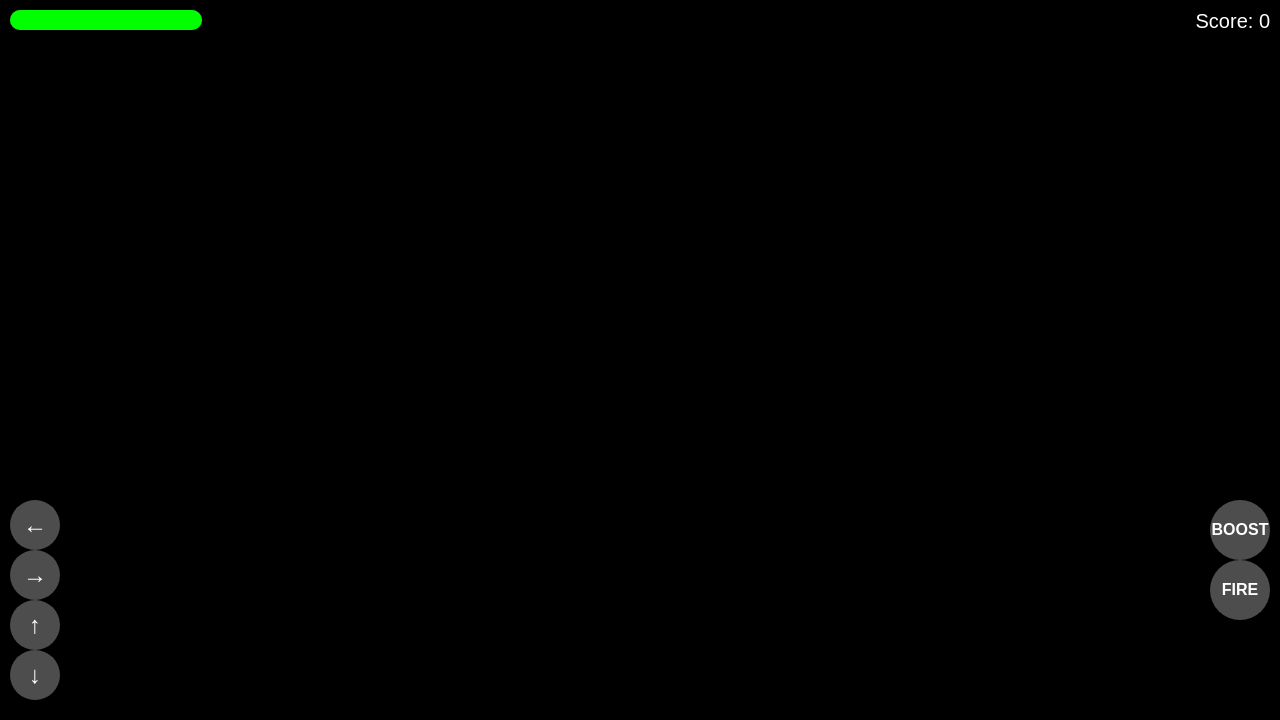
Repository: BiranOrundas/space-shooter
Page: space-shooter.html
An editor plug-in stored every save of this project. The page is shown before and after the next save, followed by the edit.
The browser window is 1280 px wide. The pictures show the whole page.

Above is the page before, as saved 2025-03-13 15:31:20.
Console error: TypeError: Cannot read properties of null (reading 'addEventListener')

After the next save:
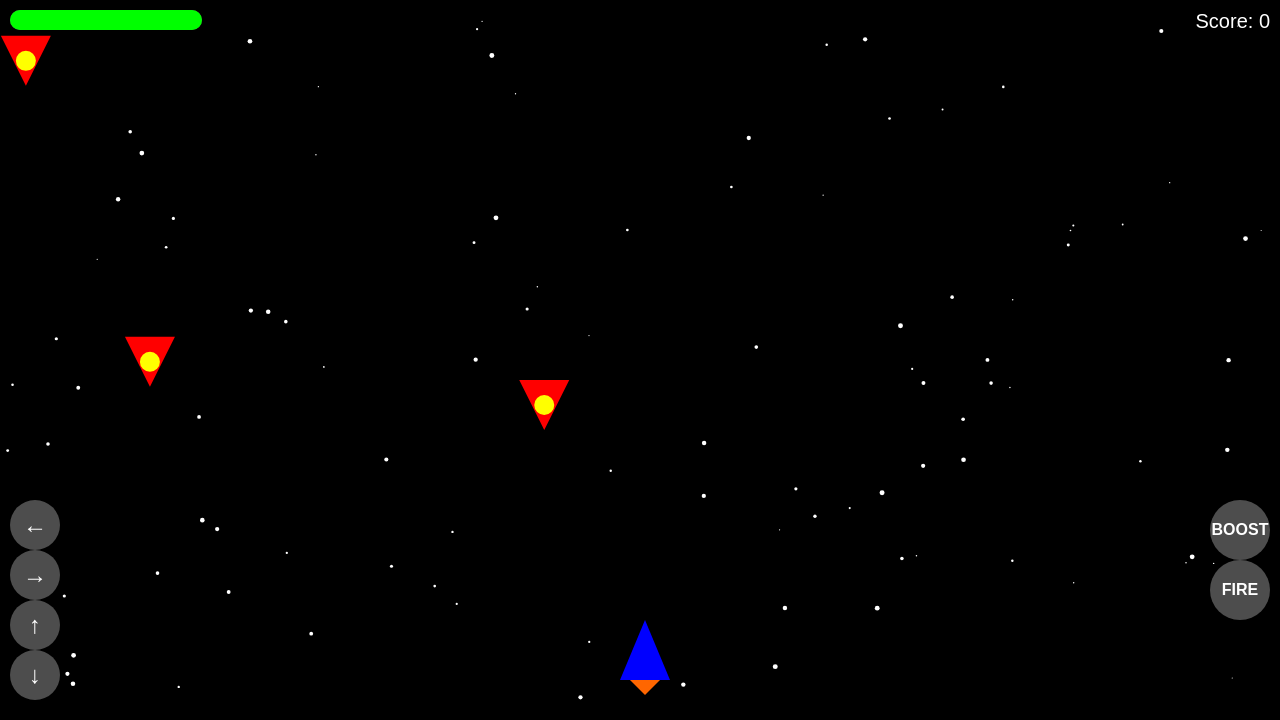
The error is gone.
Saved 5 s later.
--- a/space-shooter.html
+++ b/space-shooter.html
@@ -155,10 +155,10 @@
 
     <div id="controls">
       <div id="movement-controls">
-        <div id="leftButton" class="direction-btn" id="left-btn">←</div>
-        <div id="rightButton"class="direction-btn" id="right-btn">→</div>
-        <div id="upButton" class="direction-btn" id="up-btn">↑</div>
-        <div id="leftButton" class="direction-btn" id="down-btn">↓</div>
+        <div class="direction-btn" id="left-btn">←</div>
+        <div class="direction-btn" id="right-btn">→</div>
+        <div class="direction-btn" id="up-btn">↑</div>
+        <div class="direction-btn" id="down-btn">↓</div>
       </div>
       <div id="action-controls">
         <div class="action-btn" id="boost-btn">BOOST</div>
